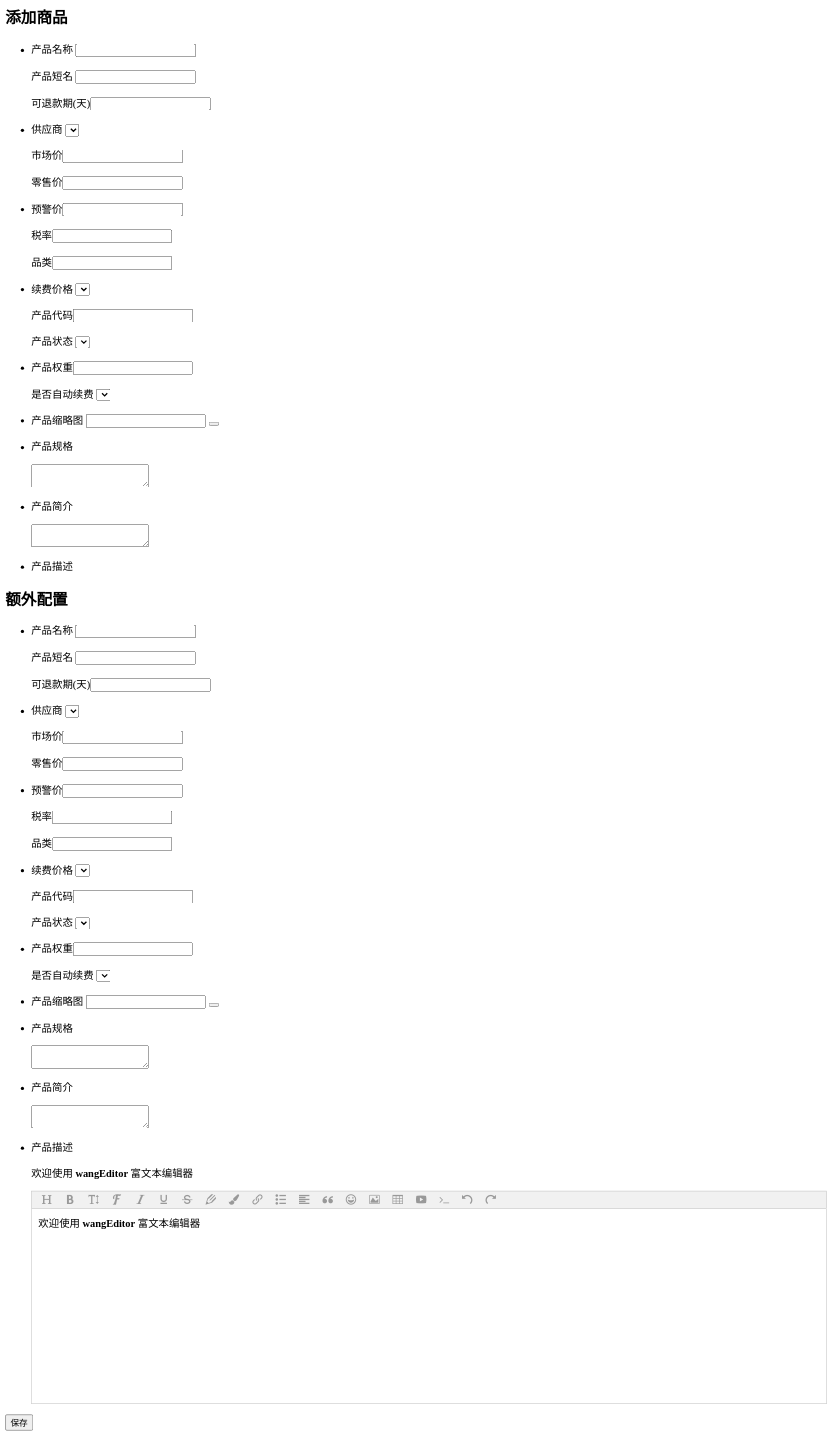
Repository: wangyan466393/racentSystem
Page: addProduct.html
These files come from the project's save history. The page is drawn as it stood at one moment and after the next save; the edit follows.
The browser window is 1280 px wide. The pictures show the whole page, at 65% of full size.

Above is the page before, as saved 2020-08-19 21:46:06.

After the next save:
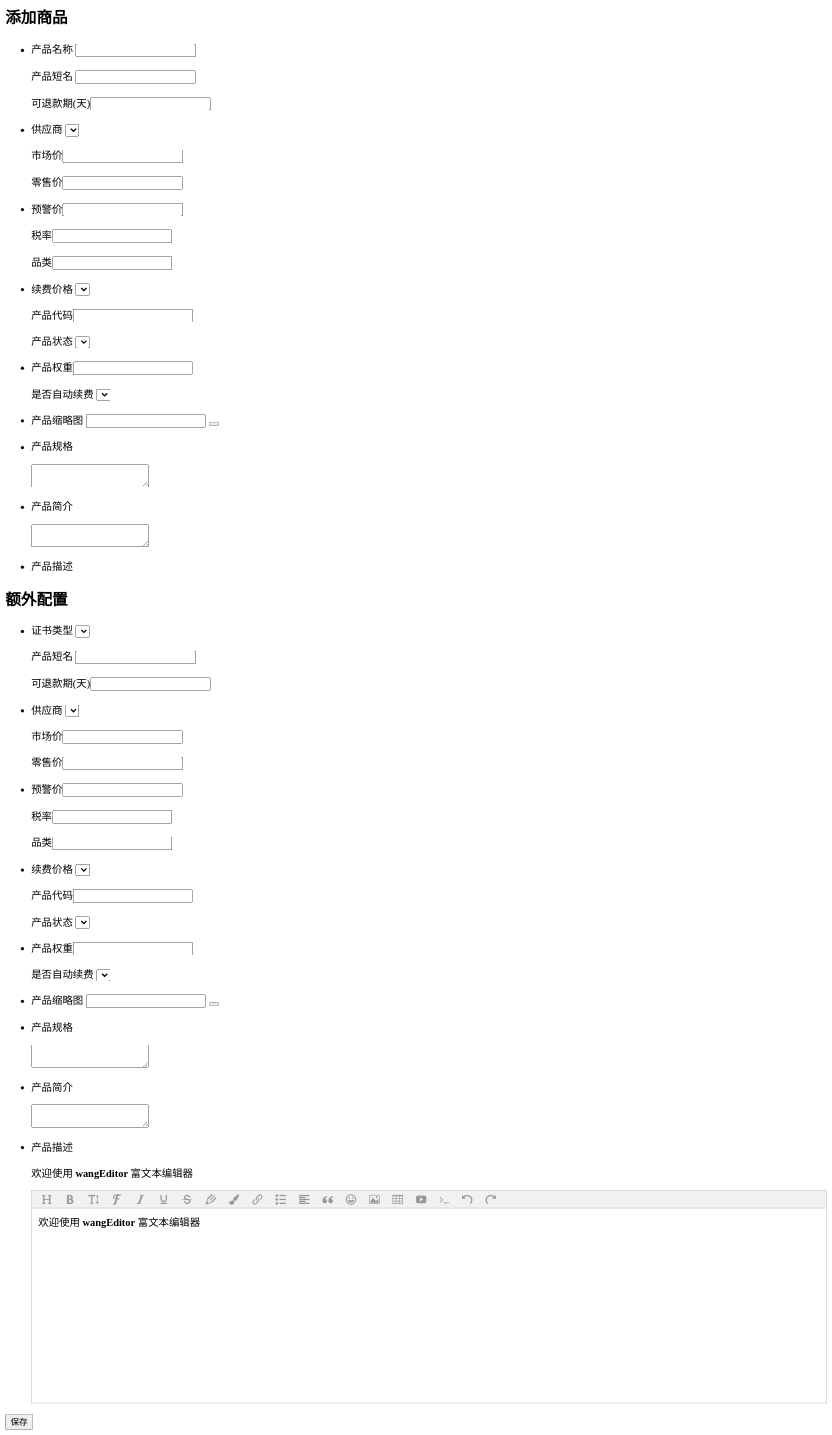
Saved 43 s later.
--- a/addProduct.html
+++ b/addProduct.html
@@ -108,8 +108,10 @@
             <ul>
                 <li>
                     <p>
-                        <span>产品名称</span>
-                        <input type="text" >
+                        <span>证书类型</span>
+                        <select name="" id="" class="sel">
+                            <option value=""></option>
+                        </select>
                     </p>
                     <p>
                         <span>产品短名</span>
